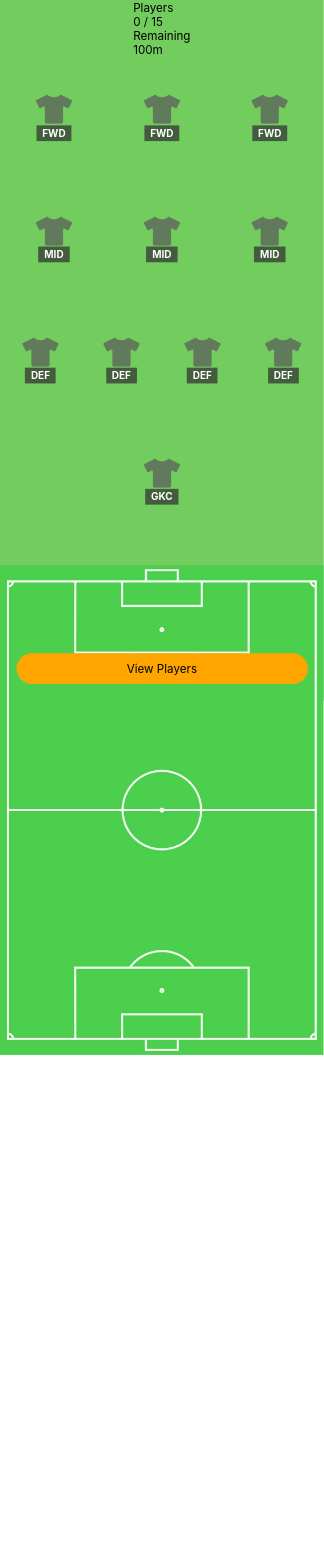
Repository: JavaidAhmadKhan/UEFA
Screen: /
An editor plug-in stored every save of this project. The screen is shown before and after a run of saves, followed by the edit.
The pictures are shown at 83% of full size.
The app was drawn by React Native's web renderer in a window 390 px wide. The project was rebuilt for these pictures with package versions that can differ from the ones it lists, and the page was loaded fresh each time. Some packages were replaced by stand-ins written for this rebuild.

Above is the screen before, as saved 2021-07-07 12:04:52.

After the next 2 saves:
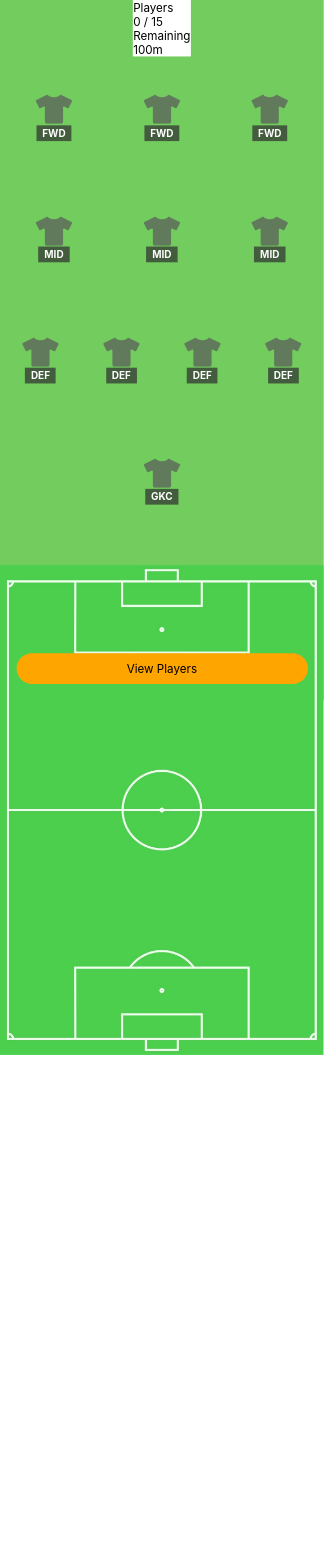
The 2 saves are shown as one change because they came seconds apart.
The last was saved 34 s later.
--- a/components/TeamStats.tsx
+++ b/components/TeamStats.tsx
@@ -18,7 +18,7 @@ const TeamStats = () => {
 };
 
 const styles = StyleSheet.create({
-  container: {},
+  container: { backgroundColor: "white" },
   label: {},
   value: {},
 });
